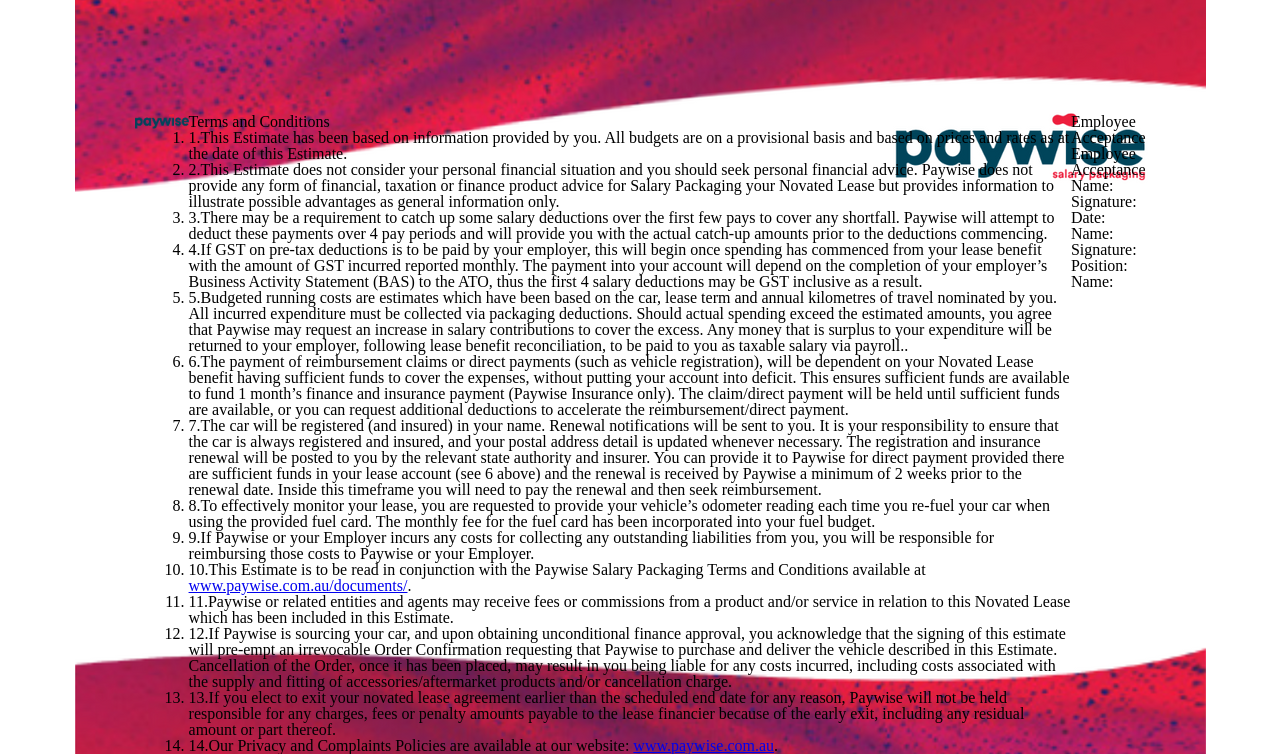
Repository: hoangtubest/novated-phong
Page: 4.html
These files come from the project's save history. The page is drawn as it stood at one moment and after the next save; the edit follows.
The browser window is 1280 px wide. The pictures show the whole page.
The style sheet was rebuilt from its Sass, Less or Tailwind sources for each picture, by a compiler version that may differ from the author's.

Above is the page before, as saved 2023-10-18 14:03:26.

### 4.html
<!DOCTYPE html>
<html lang="en">

<head>
  <meta charset="UTF-8">
  <meta name="viewport" content="width=device-width, initial-scale=1.0">
  <title>4</title>
  <link rel="stylesheet" href="./css/styles.css">
</head>

<body>
  <div class="wrapper">
    <div class="wrapper-inner wrapper-inner--v2">
      <div class="header">
        <div class="header-logo">
          <h1><img src="./images/logo.png" alt="paywise salary packaging"></h1>
        </div>
        <div class="pw-4-terms">
          <div class="container">
            <h2 class="pw-4-terms__title">Terms and Conditions</h2>
            <div class="pw-4-terms__content">
              <ol>
                <li><span class="num">1.</span>This Estimate has been based on information provided by you. All budgets are on a provisional basis and based on prices and rates as at the date of this Estimate.</li>
                <li><span class="num">2.</span>This Estimate does not consider your personal financial situation and you should seek personal financial advice. Paywise does not provide any form of financial, taxation or finance product advice for Salary Packaging your Novated Lease but provides information to illustrate possible advantages as general information only.</li>
                <li><span class="num">3.</span>There may be a requirement to catch up some salary deductions over the first few pays to cover any shortfall. Paywise will attempt to deduct these payments over 4 pay periods and will provide you with the actual catch-up amounts prior to the deductions commencing.</li>
                <li><span class="num">4.</span>If GST on pre-tax deductions is to be paid by your employer, this will begin once spending has commenced from your lease benefit with the amount of GST incurred reported monthly. The payment into your account will depend on the completion of your employer’s Business Activity Statement (BAS) to the ATO, thus the first 4 salary deductions may be GST inclusive as a result.</li>
                <li><span class="num">5.</span>Budgeted running costs are estimates which have been based on the car, lease term and annual kilometres of travel nominated by you. All incurred expenditure must be collected via packaging deductions. Should actual spending exceed the estimated amounts, you agree that Paywise may request an increase in salary contributions to cover the excess. Any money that is surplus to your expenditure will be returned to your employer, following lease benefit reconciliation, to be paid to you as taxable salary via payroll..</li>
                <li><span class="num">6.</span>The payment of reimbursement claims or direct payments (such as vehicle registration), will be dependent on your Novated Lease benefit having sufficient funds to cover the expenses, without putting your account into deficit. This ensures sufficient funds are available to fund 1 month’s finance and insurance payment (Paywise Insurance only). The claim/direct payment will be held until sufficient funds are available, or you can request additional deductions to accelerate the reimbursement/direct payment.</li>
                <li><span class="num">7.</span>The car will be registered (and insured) in your name. Renewal notifications will be sent to you. It is your responsibility to ensure that the car is always registered and insured, and your postal address detail is updated whenever necessary. The registration and insurance renewal will be posted to you by the relevant state authority and insurer. You can provide it to Paywise for direct payment provided there are sufficient funds in your lease account (see 6 above) and the renewal is received by Paywise a minimum of 2 weeks prior to the renewal date. Inside this timeframe you will need to pay the renewal and then seek reimbursement.</li>
                <li><span class="num">8.</span>To effectively monitor your lease, you are requested to provide your vehicle’s odometer reading each time you re-fuel your car when using the provided fuel card. The monthly fee for the fuel card has been incorporated into your fuel budget.</li>
                <li><span class="num">9.</span>If Paywise or your Employer incurs any costs for collecting any outstanding liabilities from you, you will be responsible for reimbursing those costs to Paywise or your Employer.</li>
                <li><span class="num">10.</span>This Estimate is to be read in conjunction with the Paywise Salary Packaging Terms and Conditions available at <a href="www.paywise.com.au/documents/" class="txt-link">www.paywise.com.au/documents/</a>.</li>
                <li><span class="num">11.</span>Paywise or related entities and agents may receive fees or commissions from a product and/or service in relation to this Novated Lease which has been included in this Estimate.</li>
                <li><span class="num">12.</span>If Paywise is sourcing your car, and upon obtaining unconditional finance approval, you acknowledge that the signing of this estimate will pre-empt an irrevocable Order Confirmation requesting that Paywise to purchase and deliver the vehicle described in this Estimate. Cancellation of the Order, once it has been placed, may result in you being liable for any costs incurred, including costs associated with the supply and fitting of accessories/aftermarket products and/or cancellation charge.</li>
                <li><span class="num">13.</span>If you elect to exit your novated lease agreement earlier than the scheduled end date for any reason, Paywise will not be held responsible for any charges, fees or penalty amounts payable to the lease financier because of the early exit, including any residual amount or part thereof.</li>
                <li><span class="num">14.</span>Our Privacy and Complaints Policies are available at our website: <a href="www.paywise.com.au" class="txt-link">www.paywise.com.au</a>.</li>
              </ol>
            </div>
          </div>
        </div>
        <div class="pw-4-employee">
          <div class="pw-4-employee__title">
            <h2>Employee Acceptance</h2>
            <h2>Employee Acceptance</h2>
          </div>
          <div class="pw-4-employee__content">
            <div class="pw-4-employee__row container">
              <div class="pw-4-employee__col">
                <dl>
                  <dt>Name<span>:</span></dt>
                  <dd></dd>
                </dl>
                <dl>
                  <dt>Signature<span>:</span></dt>
                  <dd></dd>
                </dl>
                <dl>
                  <dt>Date<span>:</span></dt>
                  <dd></dd>
                </dl>
              </div>
              <div class="pw-4-employee__col">
                <dl>
                  <dt>Name<span>:</span></dt>
                  <dd></dd>
                </dl>
                <dl>
                  <dt>Signature<span>:</span></dt>
                  <dd></dd>
                </dl>
                <dl>
                  <dt>Position<span>:</span></dt>
                  <dd></dd>
                </dl>
                <dl>
                  <dt>Name<span>:</span></dt>
                  <dd></dd>
                </dl>
              </div>
            </div>
          </div>
        </div>
      </div>
    </div>
  </div>
</body>

</html>

### css/styles.scss
*,
*:before,
*:after {
  box-sizing: border-box;
}

* {
  margin: 0;
  padding: 0;
  font: inherit;
}

img,
picture,
svg,
video {
  display: block;
  max-width: 100%;
}

input,
select,
textarea {
  background-color: transparent;
  outline: none;
}

button {
  cursor: pointer;
  background-color: transparent;
  outline: none;
  border: 0;
}

body {
  min-height: 100vh;
  font-weight: 400;
  font-size: 16px;
  line-height: 1;
}

img {
  vertical-align: bottom;
  max-width: 100%;
  height: auto;
}

.wrapper-inner {
  max-width: 1131px;
  margin: 0 auto;
  position: relative;
  min-height: 100vh;

  &::before,
  &::after {
    position: absolute;
    left: 0;
    width: 100%;
    content: "";
    z-index: -1;
    background-size: cover;
  }

  &::before {
    top: 0;
    height: 192px;
    background-position: bottom center;
  }

  &::after {
    bottom: 0;
    height: 136px;
    background-position: top center;
  }

  &--v1 {
    &::before {
      background-image: url("../images/pattern_01_v1.png");
    }

    &::after {
      background-image: url("../images/pattern_02_v1.png");
    }
  }

  &--v2 {
    &::before {
      background-image: url("../images/pattern_01_v2.png");
    }

    &::after {
      background-image: url("../images/pattern_02_v2.png");
    }

    .header {
      display: flex;
      justify-content: flex-end;
    }
  }
}

.header {
  padding: 114px 60px 0;
}

.header-logo {
  width: 250px;
}

.pw-1-feature {
  padding: 60px 30px 25px;

  &__row {
    display: flex;
    gap: 13px;
  }

  &__col {
    width: 25%;
    height: 135px;
    background: url("../images/red-blob.png") no-repeat center center / 100% 100%;
    display: flex;
    align-items: center;

    &:nth-child(2n+1) {
      background-image: url("../images/inverse-blob.png");
    }
  }

  &__content {
    width: 100%;
    color: #fff;
    text-align: right;
    padding-right: 12px;
    ;
  }
}

After the next save:
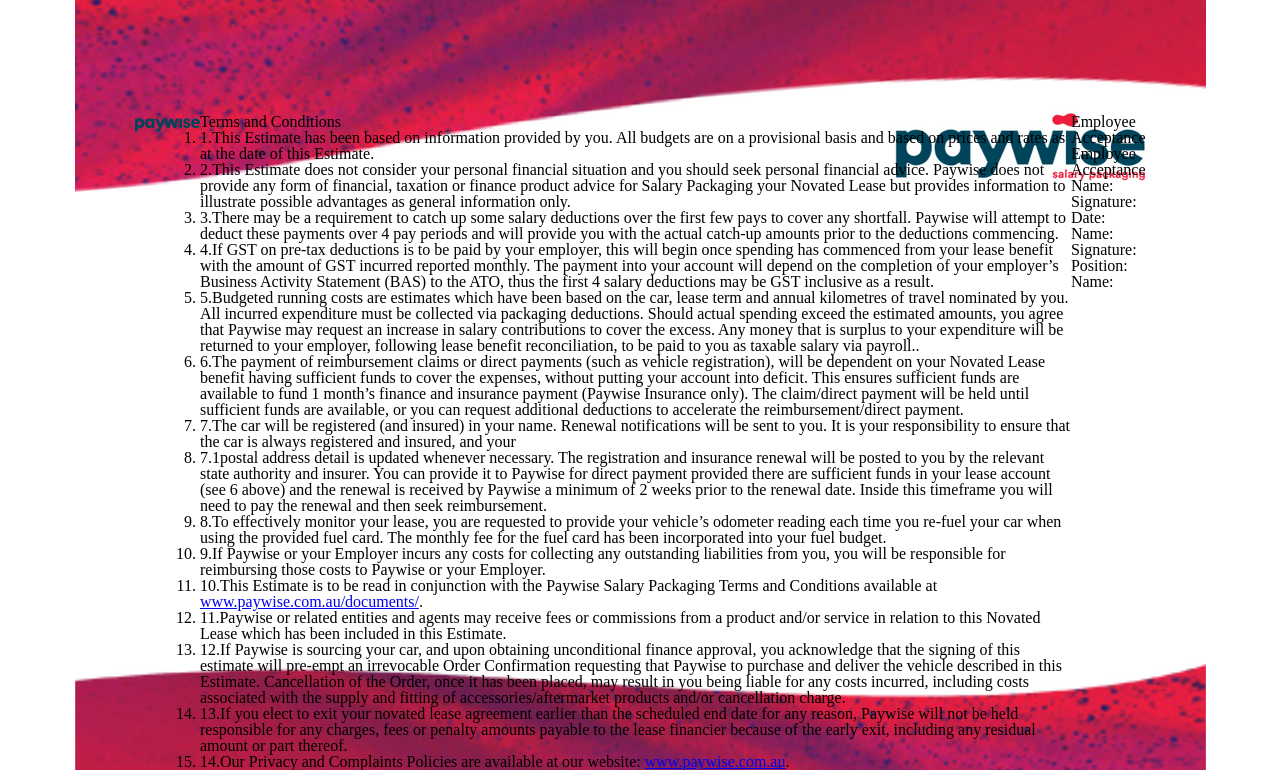
Saved 2 min 56 s later.
--- a/4.html
+++ b/4.html
@@ -26,7 +26,8 @@
                 <li><span class="num">4.</span>If GST on pre-tax deductions is to be paid by your employer, this will begin once spending has commenced from your lease benefit with the amount of GST incurred reported monthly. The payment into your account will depend on the completion of your employer’s Business Activity Statement (BAS) to the ATO, thus the first 4 salary deductions may be GST inclusive as a result.</li>
                 <li><span class="num">5.</span>Budgeted running costs are estimates which have been based on the car, lease term and annual kilometres of travel nominated by you. All incurred expenditure must be collected via packaging deductions. Should actual spending exceed the estimated amounts, you agree that Paywise may request an increase in salary contributions to cover the excess. Any money that is surplus to your expenditure will be returned to your employer, following lease benefit reconciliation, to be paid to you as taxable salary via payroll..</li>
                 <li><span class="num">6.</span>The payment of reimbursement claims or direct payments (such as vehicle registration), will be dependent on your Novated Lease benefit having sufficient funds to cover the expenses, without putting your account into deficit. This ensures sufficient funds are available to fund 1 month’s finance and insurance payment (Paywise Insurance only). The claim/direct payment will be held until sufficient funds are available, or you can request additional deductions to accelerate the reimbursement/direct payment.</li>
-                <li><span class="num">7.</span>The car will be registered (and insured) in your name. Renewal notifications will be sent to you. It is your responsibility to ensure that the car is always registered and insured, and your postal address detail is updated whenever necessary. The registration and insurance renewal will be posted to you by the relevant state authority and insurer. You can provide it to Paywise for direct payment provided there are sufficient funds in your lease account (see 6 above) and the renewal is received by Paywise a minimum of 2 weeks prior to the renewal date. Inside this timeframe you will need to pay the renewal and then seek reimbursement.</li>
+                <li><span class="num">7.</span>The car will be registered (and insured) in your name. Renewal notifications will be sent to you. It is your responsibility to ensure that the car is always registered and insured, and your</li>
+                <li><span class="num">7.1</span>postal address detail is updated whenever necessary. The registration and insurance renewal will be posted to you by the relevant state authority and insurer. You can provide it to Paywise for direct payment provided there are sufficient funds in your lease account (see 6 above) and the renewal is received by Paywise a minimum of 2 weeks prior to the renewal date. Inside this timeframe you will need to pay the renewal and then seek reimbursement.</li>
                 <li><span class="num">8.</span>To effectively monitor your lease, you are requested to provide your vehicle’s odometer reading each time you re-fuel your car when using the provided fuel card. The monthly fee for the fuel card has been incorporated into your fuel budget.</li>
                 <li><span class="num">9.</span>If Paywise or your Employer incurs any costs for collecting any outstanding liabilities from you, you will be responsible for reimbursing those costs to Paywise or your Employer.</li>
                 <li><span class="num">10.</span>This Estimate is to be read in conjunction with the Paywise Salary Packaging Terms and Conditions available at <a href="www.paywise.com.au/documents/" class="txt-link">www.paywise.com.au/documents/</a>.</li>
